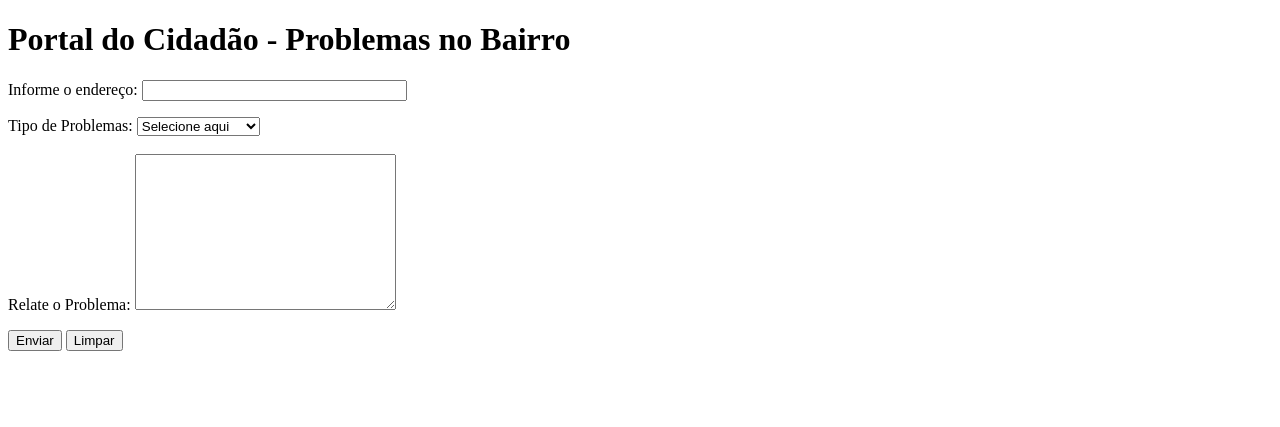
Repository: Marcelinalima/Java_JSP
Page: formulario_ex/src/main/webapp/reclamacoes.html
An editor plug-in stored every save of this project. The page is shown before and after the next save, followed by the edit.
The browser window is 1280 px wide. The pictures show the whole page.

Above is the page before, as saved 2023-04-17 17:46:58.

After the next save:
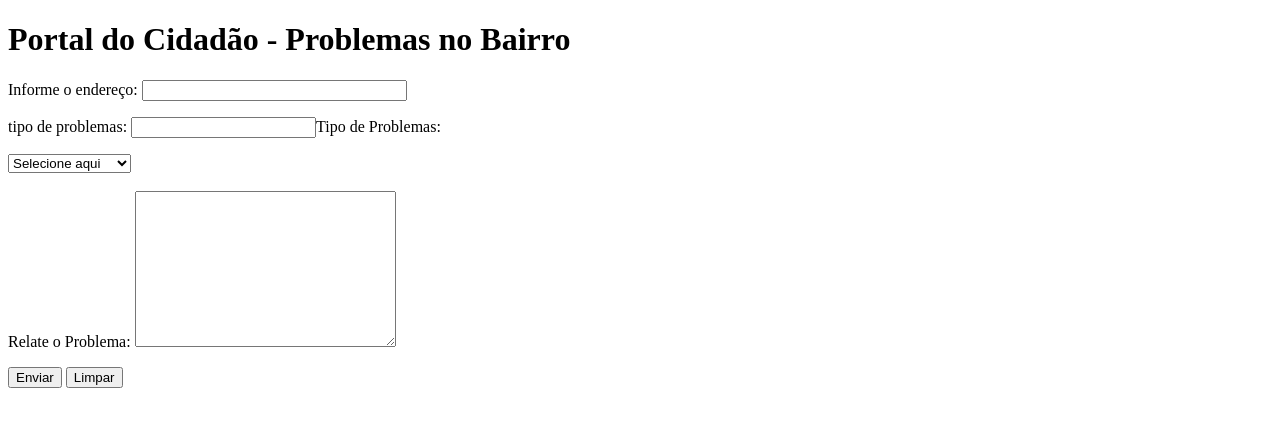
Saved 2 min 3 s later.
--- a/formulario_ex/src/main/webapp/reclamacoes.html
+++ b/formulario_ex/src/main/webapp/reclamacoes.html
@@ -11,7 +11,7 @@
 
       <p>Informe o endereço: <input type="text" name="i_end" size="30" /></p>
 
-	  <label for= "tipo de problemas" type= "text" name="t_prob">Tipo de Problemas:</label>
+	  <p> tipo de problemas: <input type= "text" name="t_prob">Tipo de Problemas:</p>
 
 		<select name="Tipo de problema">
 			<option selected="selected" disabled>Selecione aqui</option>
